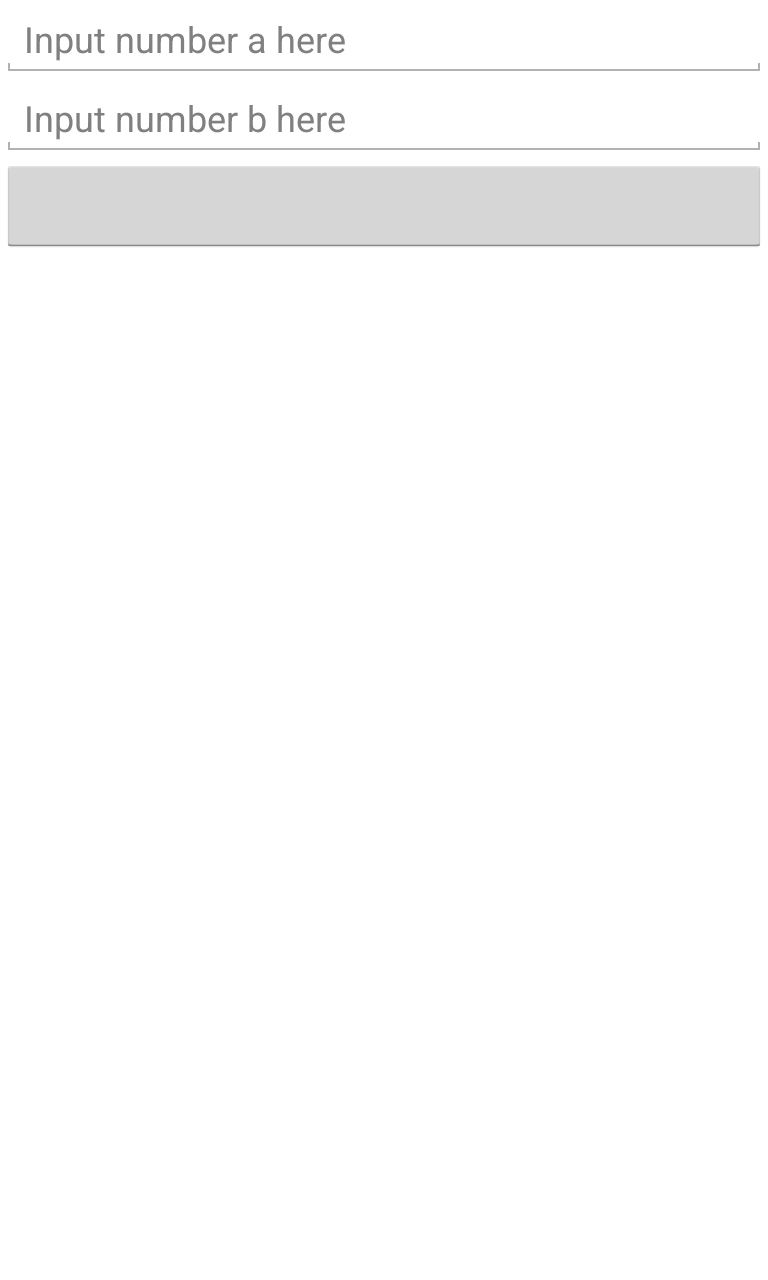
Repository: LightWay152/Lesson2_If_Switch
Layout: Min2Number/res/layout/activity_main.xml
An editor plug-in stored every save of this project. The layout is shown before and after the next save, followed by the edit.
It is drawn on a 768 x 1280 px phone screen (xhdpi) without system bars, with theme AppTheme; the app's code is not run.

Above is the layout before, as saved 2017-01-01 13:03:24.

After the next save:
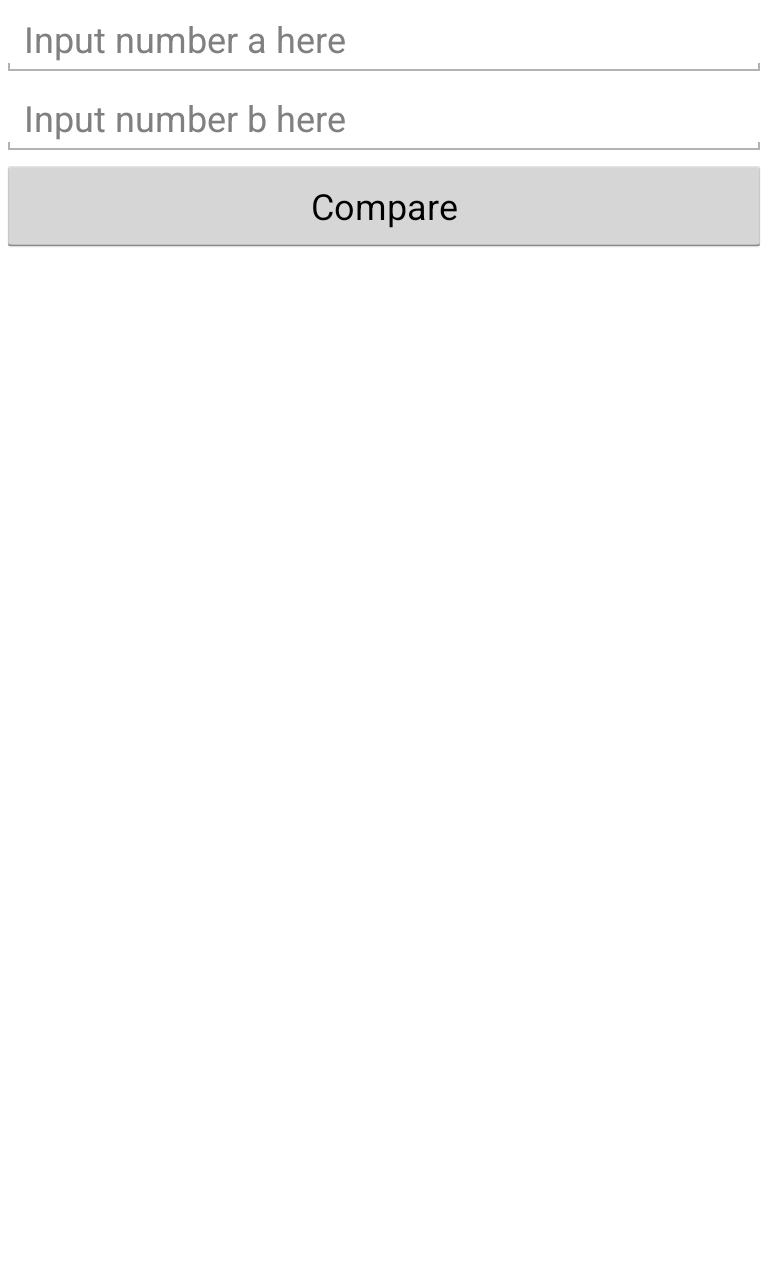
Saved 2 s later.
--- a/Min2Number/res/layout/activity_main.xml
+++ b/Min2Number/res/layout/activity_main.xml
@@ -17,5 +17,6 @@
         android:hint="@string/input_number_b"/>
     <Button
         android:layout_width="match_parent"
-        android:layout_height="wrap_content"/>
+        android:layout_height="wrap_content"
+        android:text="@string/compare"/>
 </LinearLayout>
